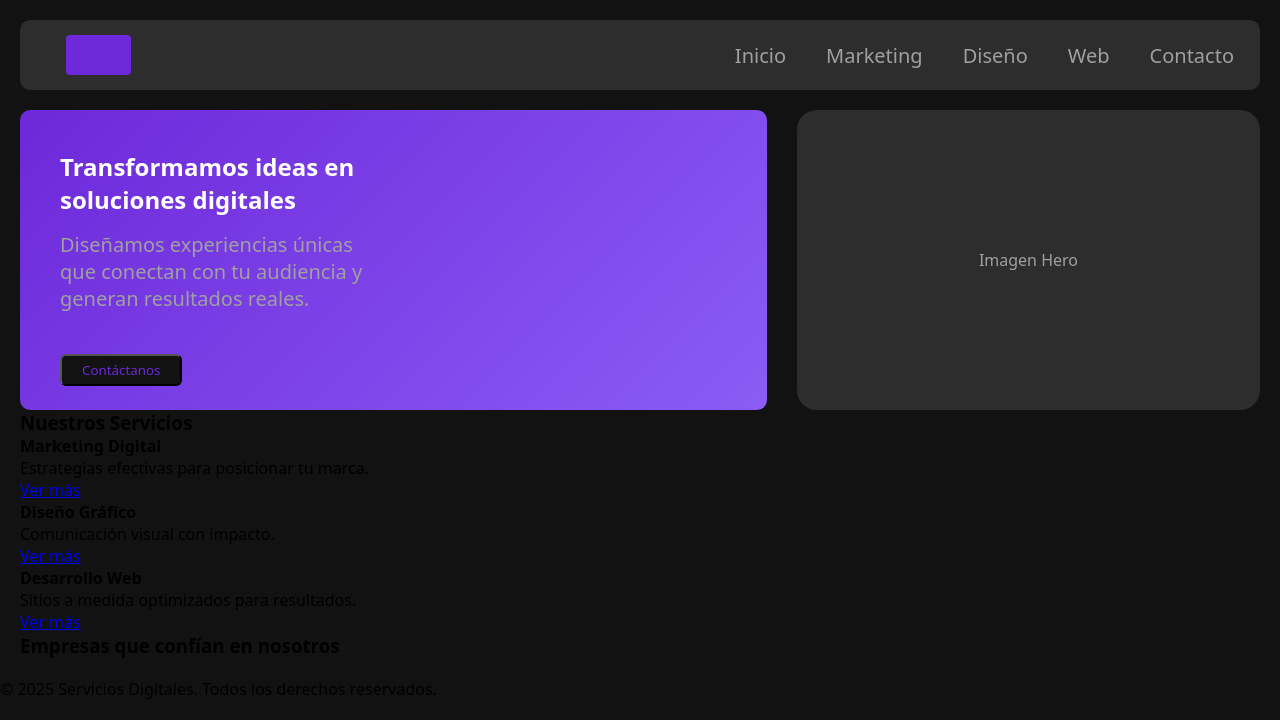
Repository: santinogarrone/TrabajoAgustin
Page: html/index.html
The author's editor kept a copy of each file at every save. The page is drawn from the files as they stood at one save, then again after a run of saves.
The browser window is 1280 px wide. The pictures show the whole page.

Above is the page before, as saved 2025-04-29 19:04:05.

### html/index.html
<!DOCTYPE html>
<html lang="en">
<head>
    <meta charset="UTF-8">
    <meta name="viewport" content="width=device-width, initial-scale=1.0">
    <link rel="stylesheet" href="../css/style.css">
    <title>Página de Agustin</title>
</head>
<body>

    <header>
        <nav class="nav-bar">
            <div class="cuadrado-violeta">

            </div>


            <button class="menu" aria-label="menu">
                <span class="menu-linea"></span>
                <span class="menu-linea"></span>
                <span class="menu-linea"></span>
            </button>

            <ul class="nav-list">
                <li class="nav-item"><a href="">Inicio</a></li>
                <li class="nav-item"><a href="">Marketing</a></li>
                <li class="nav-item"><a href="">Diseño</a></li>
                <li class="nav-item"><a href="">Web</a></li>
                <li class="nav-item"><a href="">Contacto</a></li>
            </ul>
        </nav>
    </header>
        <main>

            <section class="main-contact">
                <div class="contacto">
                    <h2 class="tit-contacto">Transformamos ideas en soluciones digitales</h2>
                    <p class="explicacion">Diseñamos experiencias únicas que conectan con tu audiencia y generan resultados reales.</p>

                    <button class="boton-contactar" onclick="location.href='../html/contacto.html'">
                        Contáctanos
                    </button>
                </div>

                <div class="img-hero">
                    Imagen Hero
                </div>
            </section>

            <section class="servicios">
                <h3>Nuestros Servicios</h3>

                <div class="card">
                    <h4>Marketing Digital</h4>
                    <p>Estrategias efectivas para posicionar tu marca.</p>
                    <a href="../html/marketing.html">Ver más</a>
                </div>

                <div class="card">
                    <h4>Diseño Gráfico</h4>
                    <p>Comunicación visual con impacto.</p>
                    <a href="#">Ver más</a>
                </div>

                <div class="card">
                    <h4>Desarrollo Web</h4>
                    <p>Sitios a medida optimizados para resultados.</p>
                    <a href="#">Ver más</a>
                </div>

            </section>

            <section class="empresas">
                <h3>Empresas que confían en nosotros</h3>
                <article class="logos">
                    <div class="logo"></div>
                    <div class="logo"></div>
                    <div class="logo"></div>
                    <div class="logo"></div>
                </article>

            </section>

        </main>

    <footer>
        <div class="ftr">
            <p>&copy; 2025 Servicios Digitales. Todos los derechos reservados.</p>
        </div>
    </footer>
</body>
</html>

### css/style.css
@import url(./global.css);

*{
    margin: 0;
    padding: 0;
    box-sizing: border-box;
    font-family: var(--font-family);
}


body{
    background-color: var(--fondo-color);
    height: 100%;
}

header{
    background-color: var(--superficie-dos);
    position: sticky;
    top: 0;
    margin: 20px;
    border-radius: 10px;
    padding: 10px;
}
.cuadrado-violeta{
    display: block;
    width: 65px;
    height: 40px;
    background-color: var(--primary-color-original);
    border-radius: 4px;
    margin-left: 20px;
}

.nav-bar{
    display: flex;
    justify-content: space-between;
    align-items: center;
    padding: 5px 16px;
}

.nav-list{
    display: flex;
    list-style: none;
    font-size: 20px;
    gap: 40px;
}

.nav-item a{
    text-decoration: none;
    color: var(--texto-secundario);
    transition: all .5s ease;
}

.nav-item a:hover{
    color: var(--texto-color);
}

main{
    margin: 20px;
}

.menu{
    display: none;
}

.main-contact{
    display: flex;
}

.contacto{
    display: flex;
    flex-direction: column;
    background: var(--primary-color-gradient);
    width: 800px;
    height: 300px;
    border-radius: 10px;
    padding: 40px;
    align-items: center;
}

.contacto .tit-contacto{
    color: var(--texto-color);
    padding-right: 270px;
}

.contacto .explicacion{
    color: var(--texto-secundario);
    padding-right: 350px;
    margin-top: 15px;
    margin-bottom: 30px;
    font-size: 20px;
}

.img-hero{
    background: var(--superficie-dos);
    width: 500px;
    height: 300px;
    margin-left: 30px;
    border-radius: 20px;
    display: flex;
    align-items: center;
    justify-content: center;
    color: var(--texto-secundario);
}
.boton-contactar {
    display: flex;
    margin-top: 12px;
    padding: 5px 20px;
    color: var(--primary-color-original);
    background: var(--fondo-color);
    border-radius: 6px;
    cursor: pointer;
    align-self: flex-start;
  }

@media (375px >= width) {

    body{
        background-color: var(--fondo-color);
        height: 100%;
    }

    header{
        background-color: var(--superficie-dos);
        position: sticky;
        top: 0;
        margin: 0;
        border-radius: 0;
    }

    main{
        margin: 0px;
    }
    .explicacion{
        display: none;
    }

    .nav-list{
        display: none;
    }

    .img-hero{
        display: none;
    }
    .cuadrado-violeta{
        display: block;
        width: 65px;
        height: 40px;
        background-color: var(--primary-color-original);
        border-radius: 4px;
        margin-left: 20px;
    }

    .menu{
        width: 30px;
        height: 30px;
        background: transparent;
        display: flex;
        flex-direction: column;
        gap: 4px;
        height: fit-content;
        border: none;
    }

    .menu-linea{
        width: 100%;
        height: 4px;
        background-color: var(--texto-color);
        border: none;
        border-radius: 4px;

    }

    .nav-bar{
        display: flex;
        justify-content: space-between;
        align-items: center;
        padding: 5px 16px;
    }


    .main-contact{
        display: flex;
        padding: 24px;
        justify-content: center;
        align-items: center;
    }

    .contacto{
        display: block;
        padding: 34px;
        background: var(--primary-color-gradient);
        border-radius: 10px;
        color: var(--texto-color);
        height: auto;
        font-size: 12px;
    }

    .contacto .tit-contacto{
        text-align: center;
        align-items: center;
        font-weight: bold;
        margin-top: 30px;
    }

    .boton-contactar{
        display: block;
        margin: 0 auto;
        margin-bottom: 20px;
        margin-top: 12px;
        padding: 5px 20px;
        color: var(--primary-claro);
        background-color: var(--fondo-color);
        border-radius: 6px;
        cursor: pointer;
    }

    .servicios{
        display: flex;
        flex-direction: column;
        margin: 0 20px;
    }

    .servicios h3{
        color: var(--texto-color);
    }

    .card{
        margin-top: 5px;
        align-items: center;
        justify-content: center;
        background-color: var(--superficie-dos);
        border-radius: 8px;
        padding: 12px;
        margin-bottom: 15px;
    }

    .card h4{
        color: var(--texto-color);
    }

    .card p{
        color: var(--texto-secundario);
        padding-bottom: 20px;
    }

    .card a{
        display: inline-block;
        margin-bottom: 20px;
        color: var(--texto-color);
        cursor: pointer;
    }

    .empresas{
        display: flex;
        flex-direction: column;
        align-items: flex-start;
        margin-left: 20px;
    }

    .empresas h3{
        color: var(--texto-color);
        margin-bottom: 1rem;
    }

    .logos{
        margin-top: 5px;
        width: 335px;
        display: flex;
        justify-content: center;
        align-items : center;
        gap: 5px;
        background-color: var(--superficie-dos);
        border-radius: 8px;
        padding: 20px;
        margin-bottom: 10px;
    }

    .logo{
        width: 60px;
        height: 30px;
        background-color: #444444;
        border-radius: 5px;
    }

    .ftr{
        background-color: var(--superficie-dos);
        border-radius: 8px;
        text-align: center;
        margin: 15px 10px;
        padding: 16px;
        color: var(--texto-secundario);
    }
}

### css/global.css
:root{
    --primary-color-gradient : linear-gradient(135deg, #6D28D9, #8B5CF6);
    --primary-color-original : #6D28D9;
    --primary-claro : #8b5cf6;
    --secundary-color : #10b981;
    --acento-color : #f5930b;
    --fondo-color : #121212;
    --superficie-color : #1e1e1e;
    --superficie-dos : #2d2d2d;
    --texto-secundario : #A0A0A0;

    --texto-color : #fff;
    --font-family : 'system-ui'
}

After the next 2 saves:
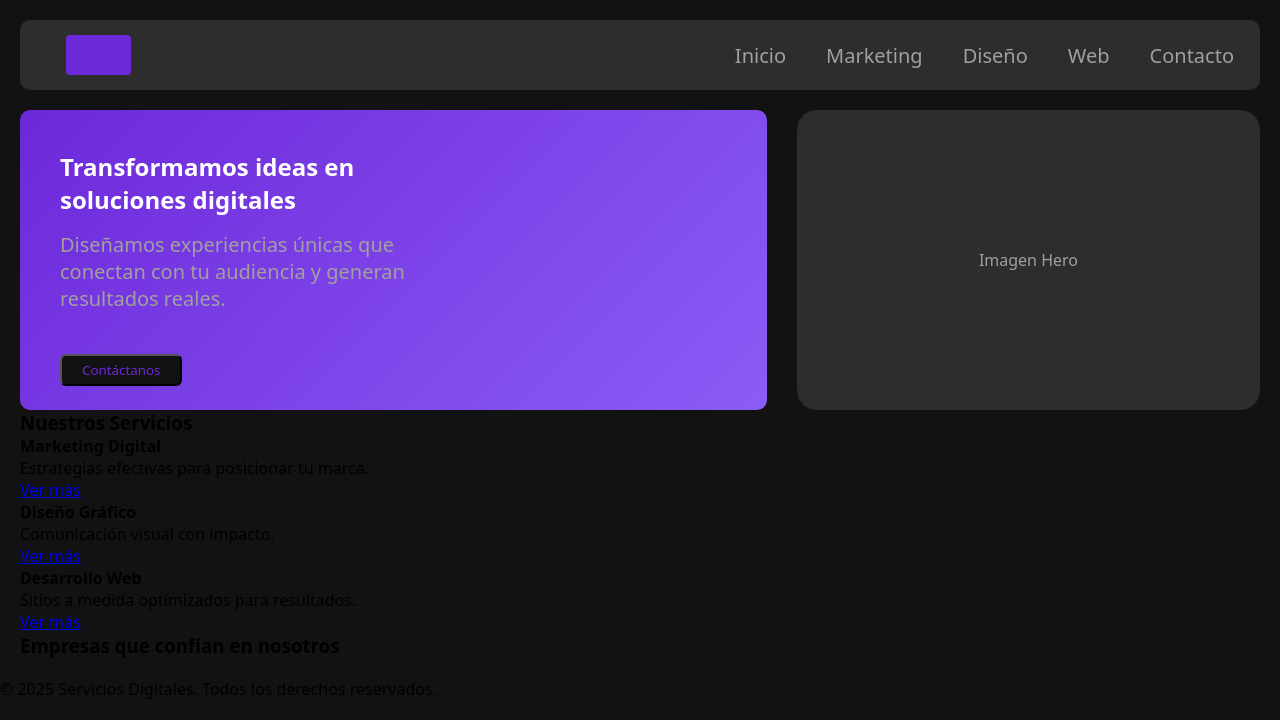
The 2 saves are shown as one change because they came seconds apart.
The last was saved 5 s later.
--- a/css/style.css
+++ b/css/style.css
@@ -84,7 +84,7 @@ main{
 
 .contacto .explicacion{
     color: var(--texto-secundario);
-    padding-right: 350px;
+    padding-right: 300px;
     margin-top: 15px;
     margin-bottom: 30px;
     font-size: 20px;
